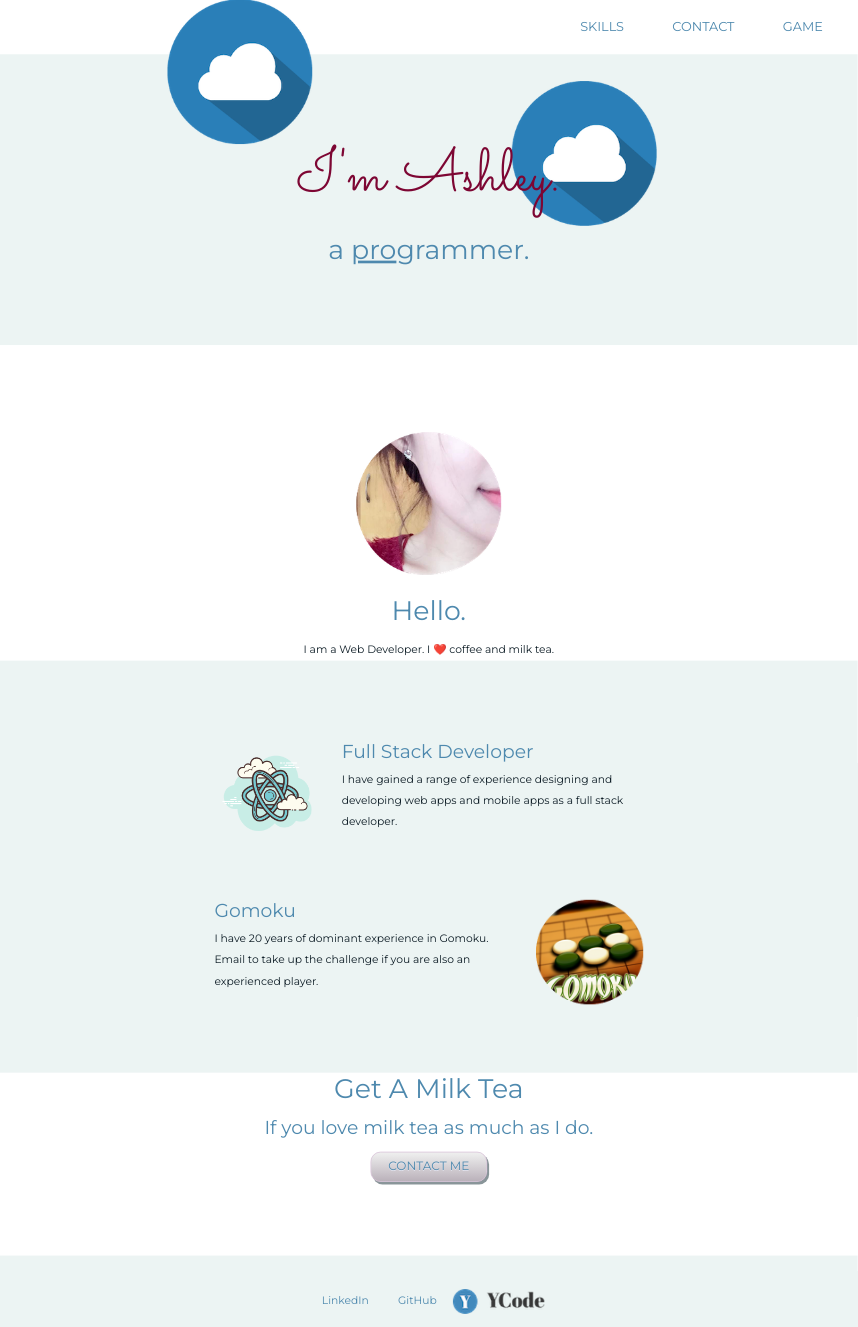
Repository: nosugarpls/YCode-my-website
Page: index.html
An editor plug-in stored every save of this project. The page is shown before and after the next save, followed by the edit.
The browser window is 1280 px wide. The pictures show the whole page, at 67% of full size.

Above is the page before, as saved 2020-09-25 10:24:51.

### index.html
<!DOCTYPE html>
<html>
<head>
  <meta charset="utf-8">
  <title>Ashley(Yu) Shi</title>


  <!-- CSS Stylesheets -->
  <link rel="stylesheet" href="https://stackpath.bootstrapcdn.com/bootstrap/4.5.2/css/bootstrap.min.css" integrity="sha384-JcKb8q3iqJ61gNV9KGb8thSsNjpSL0n8PARn9HuZOnIxN0hoP+VmmDGMN5t9UJ0Z" crossorigin="anonymous">
  <link rel="stylesheet" href="css/styles.css">
  <link href="https://fonts.googleapis.com/css?family=Merriweather|Montserrat|Sacramento" rel="stylesheet">
  <link rel="icon" href="images/YLogo.png">


  <!-- Bootstrap Scripts -->
  <script src="https://code.jquery.com/jquery-3.5.1.slim.min.js" integrity="sha384-DfXdz2htPH0lsSSs5nCTpuj/zy4C+OGpamoFVy38MVBnE+IbbVYUew+OrCXaRkfj" crossorigin="anonymous"></script>
  <script src="https://cdn.jsdelivr.net/npm/popper.js@1.16.1/dist/umd/popper.min.js" integrity="sha384-9/reFTGAW83EW2RDu2S0VKaIzap3H66lZH81PoYlFhbGU+6BZp6G7niu735Sk7lN" crossorigin="anonymous"></script>
  <script src="https://stackpath.bootstrapcdn.com/bootstrap/4.5.2/js/bootstrap.min.js" integrity="sha384-B4gt1jrGC7Jh4AgTPSdUtOBvfO8shuf57BaghqFfPlYxofvL8/KUEfYiJOMMV+rV" crossorigin="anonymous"></script>
</head>

<body>

  <!-- Nav Bar -->
  <nav class="navbar navbar-expand-lg navbar-light">
    <button class="navbar-toggler" type="button" data-toggle="collapse" data-target="#navbarToggler">
        <span class="navbar-toggler-icon"></span>
    </button>

    <div class="collapse navbar-collapse" id="navbarToggler">
      <ul class="navbar-nav ml-auto">
        <li class="nav-item">
          <a class="nav-link" href="#skills">SKILLS</a>
        </li>
        <li class="nav-item">
          <a class="nav-link" href="#contact">CONTACT</a>
        </li>
        <li class="nav-item">
          <a class="nav-link" href="piano.html">GAME</a>
        </li>
      </ul>
    </div>
  </nav>


  <div class="top-container">
    <img class="top-cloud" src="images/cloud.png" alt="cloud">
    <div class="title-text">
      <h1 class="big-title">I'm Ashley.</h1>
      <h2>a <span class="pro">pro</span>grammer.</h2>
    </div>
    <img class="bottom-cloud" src="images/cloud.png" alt="cloud">
  </div>

  <div class="middle-container">
    <div class="profile">
      <img class="avatar" src="images/ashely.png" alt="ashley-profile-img">
      <h2>Hello.</h2>
      <p class="intro">I am a Web Developer. I ❤️ coffee and milk tea.</p>
    </div>

    <div class="skills" id="skills">
      <div class="skill-row">
        <img class="react-img" src="images/react.png" alt="react-img">
        <h3>Full Stack Developer</h3>
        <p>I have gained a range of experience designing and developing web apps and mobile apps as a full stack developer.</p>
      </div>
      <div class="skill-row">
        <img class="game-img" src="images/game.png" alt="game-img">
        <h3>Gomoku</h3>
        <p>I have 20 years of dominant experience in Gomoku. Email to take up the challenge if you are also an experienced player.</p>
      </div>

    </div>

    <div class="contact-me" id="contact">
      <h2>Get A Milk Tea</h2>
      <h3>If you love milk tea as much as I do.</h3>
      <a class="btn" href="mailto:coloraworld@gmail.com">CONTACT ME</a>
    </div>
  </div>


  <div class="bottom-container">
    <a href="https://www.linkedin.com/in/yu-ashley-shi-328239197/">LinkedIn</a>
    <a href="https://github.com/nosugarpls">GitHub</a>
    <img src="images/logo.png" alt="img">
  </div>
</body>
</html>

### css/styles.css
body {
  color: #40514E;
  margin: 0;
  text-align: center;
  font-family: 'Merriweather', serif;
}

h1 {
  color: #7d0633;
  font-size: 5.625rem;
  margin: 50px auto 0 auto;
  font-family: 'Sacramento', cursive;
  z-index: 1;
  position: relative;
}

h2 {
  color: #4e89ae;
  font-family: 'Montserrat', sans-serif;
  font-size: 2.5rem;
  font-weight: normal;
  padding-bottom: 10px;
}

h3 {
  color: #4e89ae;
  font-family: 'Montserrat', sans-serif;
}

p {
  line-height: 2;
  color: #0f1e27;
  font-family: 'Montserrat', sans-serif;
}

a {
  color: #4e89ae;
  font-family: 'Montserrat', sans-serif;
  margin: 10px 20px;
  text-decoration: none;
}

.big-title {
  margin-top: 30px;
  margin-bottom: 30px;
}

.avatar {
  margin-top: 30px;
  margin-bottom: 30px;
}

.skills {
  background-color: #ecf4f3;
  padding-top: 20px;
  padding-bottom: 20px;
}


.top-container {
  background-color: #ecf4f3;
  position: relative;
  padding-top: 100px;
  padding-bottom: 100px;
}


.middle-container {
  margin-top: 100px;
  margin-bottom: 100px;
}

.bottom-container {
  background-color: #ecf4f3;
  padding: 50px 0 20px;
}

.skill-row {
  width: 50%;
  margin: 100px auto 100px auto;
  text-align: left;
}

.pro {
  text-decoration: underline;
}

.intro {
  width: 30%;
  margin: auto;
  color: #0f1e27;
  font-family: 'Montserrat', sans-serif;
}

.contact-message {
  width: 40%;
  margin: 40px auto 60px;
}

.top-cloud {
  position: absolute;
  right: 300px;
  top: 40px;
}

.bottom-cloud {
  position: absolute;
  left: 250px;
  bottom: 300px;
}

.react-img {
  width: 25%;
  float: left;
  margin-right: 30px;
}

.game-img {
  width: 25%;
  float: right;
  margin-left: 30px;
}

.btn {
	box-shadow: 3px 4px 0px 0px #899599;
	background:linear-gradient(to bottom, #ededed 5%, #bab1ba 100%);
	background-color:#ededed;
	border-radius:15px;
	border:1px solid #d6bcd6;
	display:inline-block;
	cursor:pointer;
	color:#4e89ae;
  font-family: 'Montserrat', sans-serif;
	font-size:18px;
	padding:8px 25px;
	text-decoration:none;
	text-shadow:0px 1px 0px #e1e2ed;
}

.btn:hover {
	background:linear-gradient(to bottom, #bab1ba 5%, #ededed 100%);
	background-color:#bab1ba;
}

.btn:active {
	position:relative;
	top:1px;
}

/* Navigation Bar */

.nav-item {
  padding: 0 8px;
}

.nav-link {
  font-size: 1.2rem;
  font-family: 'Montserrat', sans-serif;
  color: #4e89ae !important;
  z-index: 2;
  position:relative;
}

After the next save:
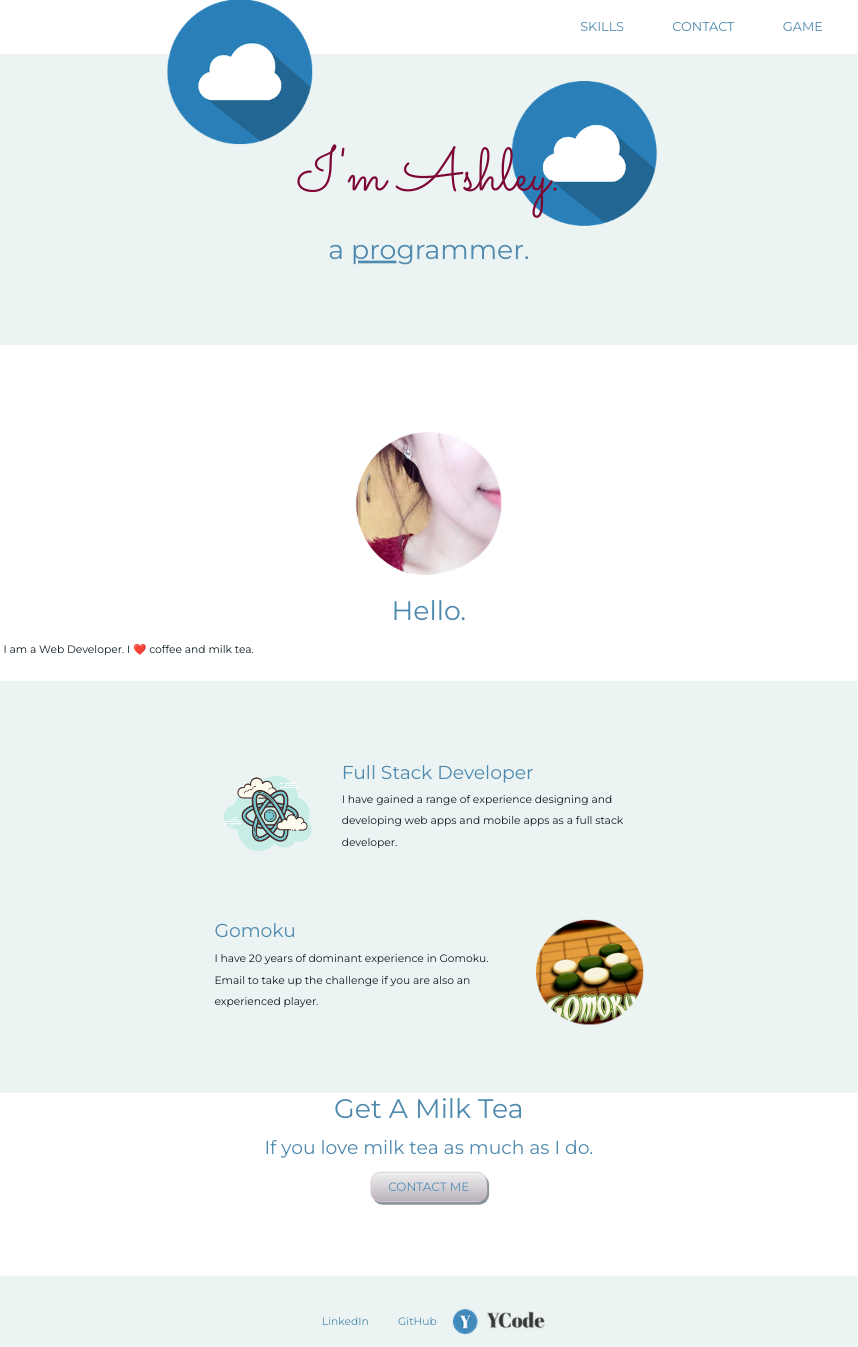
Saved 74 s later.
--- a/css/styles.css
+++ b/css/styles.css
@@ -87,7 +87,7 @@ a {
 
 .intro {
   width: 30%;
-  margin: auto;
+  margin-bottom: 30px;
   color: #0f1e27;
   font-family: 'Montserrat', sans-serif;
 }
